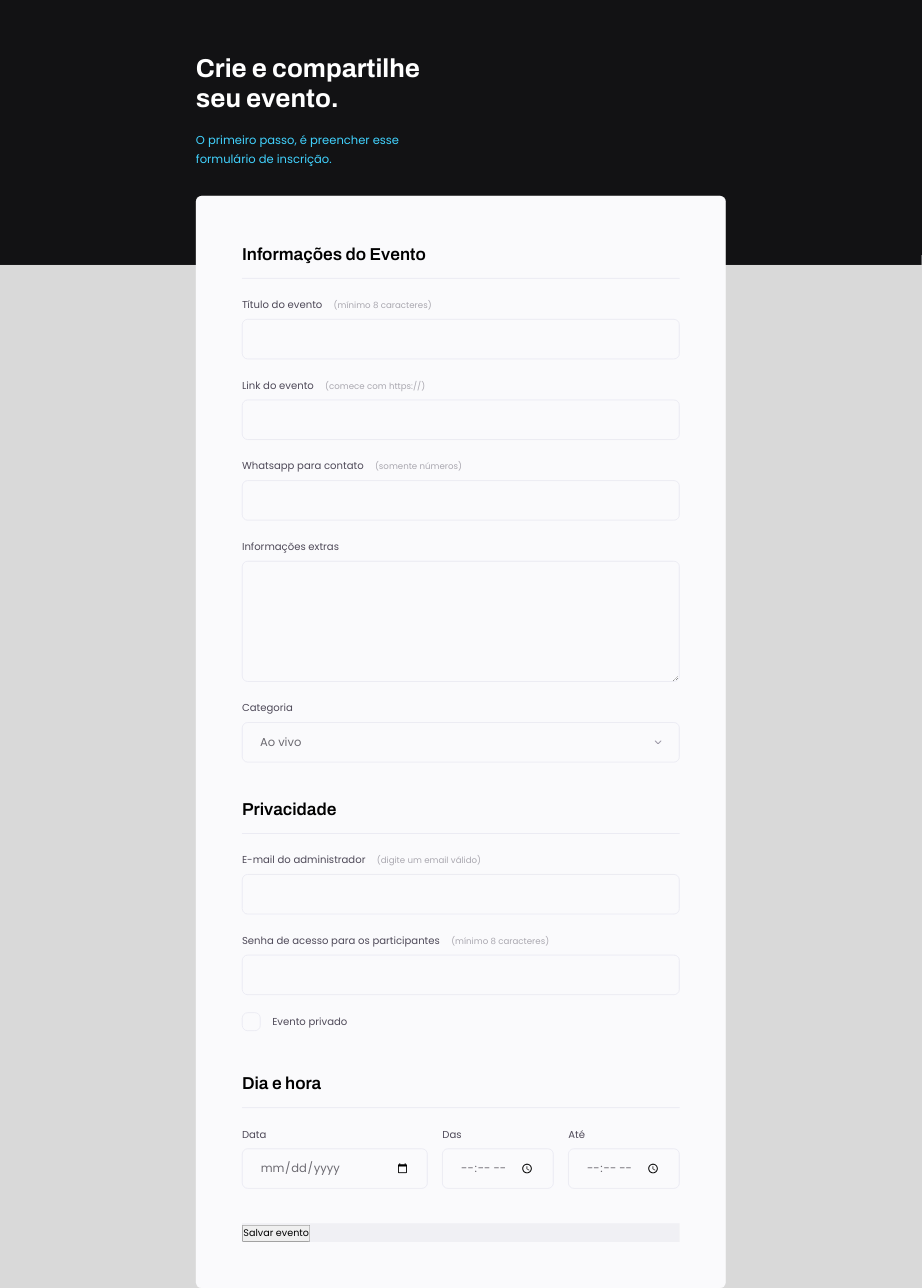
Repository: devMuriloOliveira/Formulario
Page: index.html
An editor plug-in stored every save of this project. The page is shown before and after the next save, followed by the edit.
The browser window is 1280 px wide. The pictures show the whole page, at 72% of full size.

Above is the page before, as saved 2023-11-03 19:26:26.

### index.html
<!DOCTYPE html>
<html lang="en">
  <head>
    <link rel="preconnect" href="https://fonts.googleapis.com" />
    <link rel="preconnect" href="https://fonts.gstatic.com" crossorigin />
    <meta charset="UTF-8" />
    <meta name="viewport" content="width=device-width, initial-scale=1.0" />
    <title>Crie seu evento</title>
    <link rel="stylesheet" href="style.css" />

    <link
      href="https://fonts.googleapis.com/css2?family=Archivo:wght@600;700&family=Poppins&display=swap"
      rel="stylesheet"
    />
  </head>
  <body>
    <div class="page">
      <header>
        <h1>Crie e compartilhe seu evento.</h1>
        <p>O primeiro passo, é preencher esse formulário de inscrição.</p>
      </header>

      <form>
        <fieldset>
          <div class="fieldset-wrapper">
            <legend>Informações do Evento</legend>

            <div class="input-wrapper">
              <label for="event-title">
                Título do evento <span>(mínimo 8 caracteres)</span>
              </label>
              <input type="text" id="event-title" />
            </div>

            <div class="input-wrapper">
              <label for="event-link">
                Link do evento <span>(comece com https://)</span>
              </label>
              <input type="url" id="event-link" />
            </div>

            <div class="input-wrapper">
              <label for="event-whatsapp">
                Whatsapp para contato <span>(somente números)</span>
              </label>
              <input type="number" id="event-whatsapp" />
            </div>

            <div class="input-wrapper">
              <label for="event-info">Informações extras</label>
              <textarea id="event-info"></textarea>
            </div>

            <div class="input-wrapper">
              <label for="event-category"> Categoria </label>
              <select id="event-category">
                <option value="live">Ao vivo</option>
                <option value="podcast">Podcast</option>
                <option value="mentorship">Mentoria</option>
              </select>
            </div>
          </div>
        </fieldset>

        <fieldset>
          <div class="fieldset-wrapper">
            <legend>Privacidade</legend>

            <div class="input-wrapper">
              <label for="event-email">
                E-mail do administrador <span>(digite um email válido)</span>
              </label>
              <input type="email" id="event-email" />
            </div>

            <div class="input-wrapper">
              <label for="event-password">
                Senha de acesso para os participantes
                <span>(mínimo 8 caracteres)</span>
              </label>
              <input type="password" id="event-password" />
            </div>

            <div class="checkbox-wrapper">
              <input type="checkbox" id="event-private" />
              <label for="event-private">Evento privado</label>
            </div>
          </div>
        </fieldset>

        <fieldset>
          <div class="fieldset-wrapper">
            <legend>Dia e hora</legend>

            <div class="col-3">
              <div class="input-wrapper">
                <label for="event-date"> Data </label>
                <input type="date" id="event-date" />
              </div>

              <div class="input-wrapper">
                <label for="event-begin"> Das </label>
                <input type="time" id="event-begin" />
              </div>

              <div class="input-wrapper">
                <label for="event-end"> Até </label>
                <input type="time" id="event-end" />
              </div>
            </div>
          </div>
        </fieldset>

        <div class="form-buttons">
          <input type="submit" value="Salvar evento" />
        </div>
      </form>
    </div>
  </body>
</html>

### style.css
*{
  padding: 0;
  margin: 0;
  box-sizing: border-box;
}

body, input, button, select, textarea{
  font-family: 'Poppins', sans-serif;
}

body{
  background-color: #D9D9D9;
}

body::before{
  content: '';
  width: 100%;
  height: 368px;

  position: absolute;
  top: 0;
  left: 0;
  z-index: -1;
  background: #121214;
}

.page{
  width: 736px;
  margin: auto;
}

header{
  width: 319px;
  margin-top: 74px;

}

header h1{
  font-family: 'Archivo', sans-serif;
  font-weight: bold;

  font-size: 36px;
  line-height: 42px;
  color: white;

  margin-bottom: 24px;
}

header p{
  color: #42D3FF;
  font-size: 16px;
  line-height: 26px;
}

form{
  margin-top: 38px;
  background: #FAFAFC;

  border-radius: 8px;
  min-height: 300px;

  padding: 64px;

  display: flex;
  flex-direction: column;
  gap: 48px;
}

fieldset{
  border: none;
}

.fieldset-wrapper{
  display: flex;
  flex-direction: column;
  gap: 24px;
}


fieldset legend{
  font-family: 'Archivo';
  font-weight: 600;
  font-size: 24px;
  line-height: 34px;

  width: 100%;
  border-bottom: 1px solid #E6E6F0;

  padding-bottom: 16px;
}

.input-wrapper{
  display: flex;
  flex-direction: column;
}

.input-wrapper label,
.checkbox-wrapper{
  font-size: 14px;
  line-height: 24px;

  color: #4E4958;
  margin-bottom: 8px;
}

.input-wrapper label span{
  margin-left: 12px;

  line-height: 20px;
  font-size: 12px;
  color: #a9a7af;
}

.input-wrapper label span:hover{
  color: #6c6a71;
}

 .input-wrapper input,
 .input-wrapper textarea,
 .input-wrapper select{
  background: #FAFAFC;

  border: 1px solid #E6E6F0;
  border-radius: 8px;
  height: 56px;

  padding: 0 24px;
  font-size: 16px;

  line-height: 26px;

  color: #6C6A71;
}

.input-wrapper textarea{
 padding: 0;
 height: 168px;


}

.input-wrapper select{
  appearance: none;
  background-image: url("data:[embedded picture, 242 characters]");
  background-repeat: no-repeat;
  background-position: right 24px top 50%;
}

.col-3{
  display: flex;
  gap: 20px;
}

.col-3 > div:nth-child(1){
  width: 100%;
}

.checkbox-wrapper{
  position: relative;
}

.checkbox-wrapper label{
  display: flex;
  align-items: center;
  margin: 0;
  gap: 16px;
}

.checkbox-wrapper input{
  position: absolute;
  top: 0;
  left: 0;
  width: 24px;
  height: 24px;

  opacity: 0;
}

.checkbox-wrapper label::before{
  content: '';
  width: 24px;
  height: 24px;
  display: block;
  border: 1px solid #E6E6F0;
  border-radius: 8px;
}

.checkbox-wrapper input:checked + label::before{
  background-image: url("data:[embedded picture, 386 characters]");
}

.checkbox-wrapper input:focus + label::before{
  outline: 2px solid black;
}

.form-buttons{
  background-color: #F0F0F4;
}

After the next save:
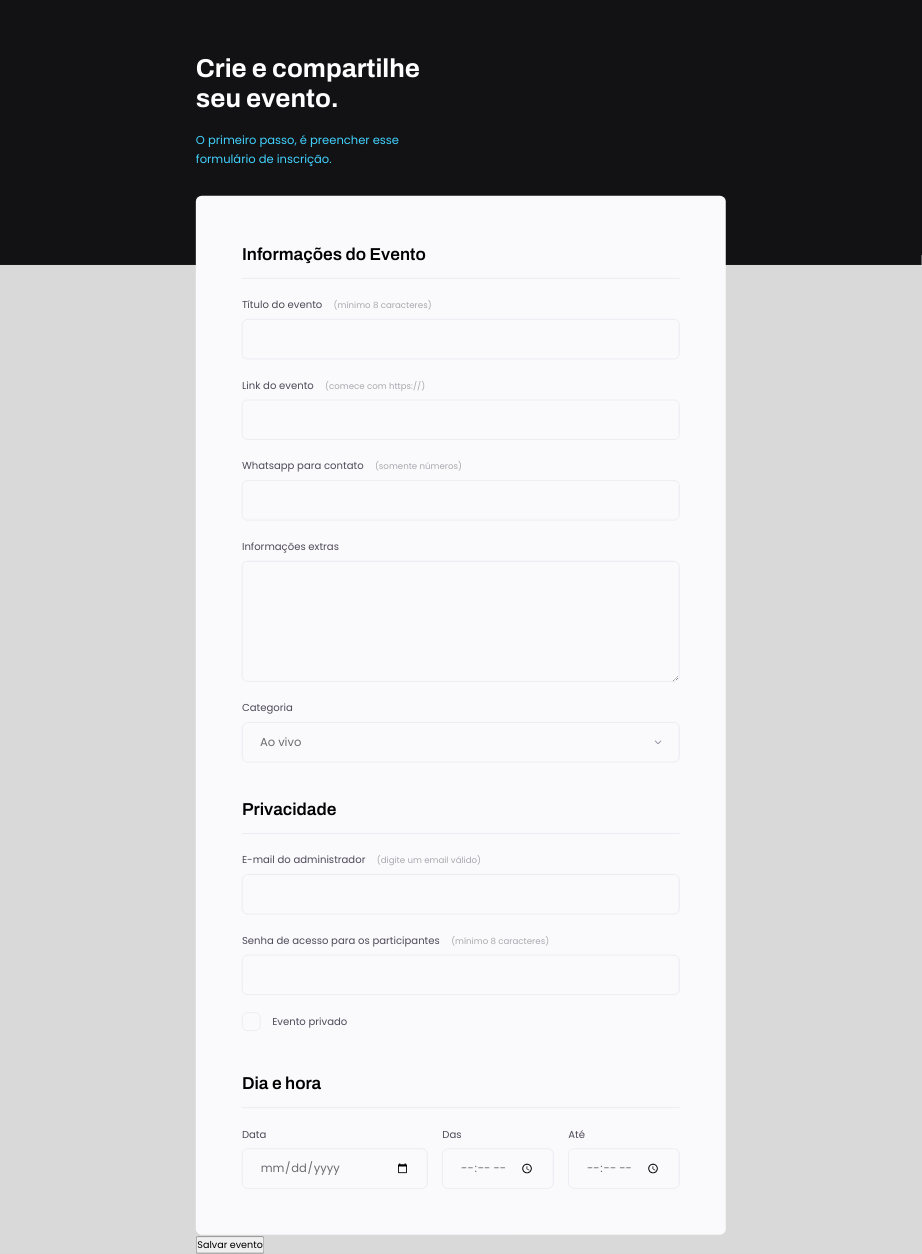
Saved 2 min 10 s later.
--- a/index.html
+++ b/index.html
@@ -110,11 +110,10 @@
             </div>
           </div>
         </fieldset>
-
-        <div class="form-buttons">
-          <input type="submit" value="Salvar evento" />
-        </div>
       </form>
+      <footer>
+        <input type="submit" value="Salvar evento" />
+      </footer>
     </div>
   </body>
 </html>
